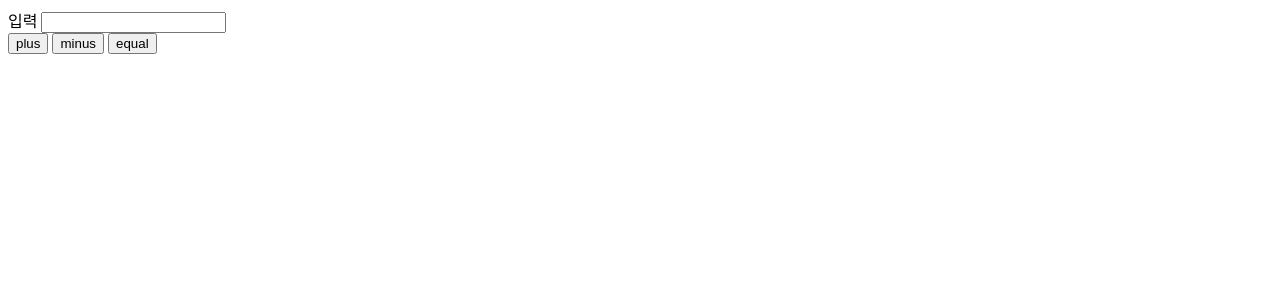
Repository: odreeblue/Study_ServletJSP
Page: jsp/workspace/JSPPrj/src/main/webapp/calc2.html
These files come from the project's save history. The page is drawn as it stood at one moment and after the next save; the edit follows.
The browser window is 1280 px wide. The pictures show the whole page.

Above is the page before, as saved 2023-02-05 15:38:47.

### jsp/workspace/JSPPrj/src/main/webapp/calc2.html
<!DOCTYPE html>
<html>
<head>
<meta charset="UTF-8">
<title>Insert title here</title>
</head>
<body>
	<div>
		<form action="calc2" method="post">
			<div>
				<label>입력</label>
				<input type="text" name="v">

			</div>
			<div>
				<input type="submit" name="operator" value="plus">
				<input type="submit" name="operator" value="minus">
				<input type="submit" name="operator" value="equal">
			</div>

		</form>
	</div>

</body>
</html>

After the next save:
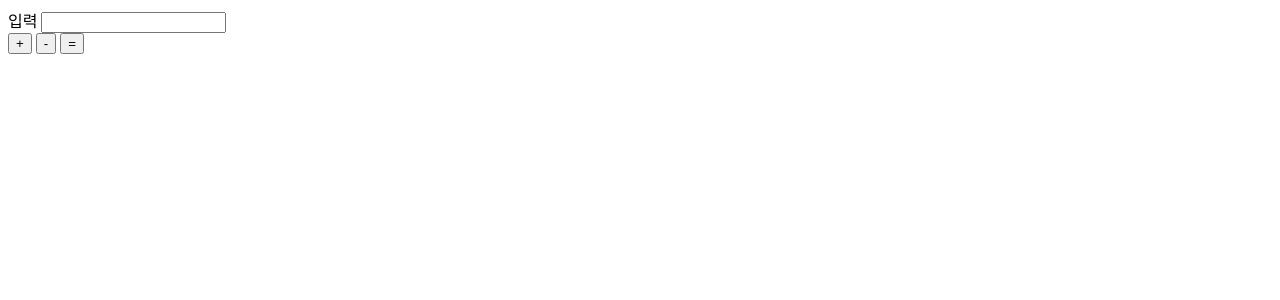
Saved 70 s later.
--- a/jsp/workspace/JSPPrj/src/main/webapp/calc2.html
+++ b/jsp/workspace/JSPPrj/src/main/webapp/calc2.html
@@ -13,9 +13,9 @@
 
 			</div>
 			<div>
-				<input type="submit" name="operator" value="plus">
-				<input type="submit" name="operator" value="minus">
-				<input type="submit" name="operator" value="equal">
+				<input type="submit" name="operator" value="+">
+				<input type="submit" name="operator" value="-">
+				<input type="submit" name="operator" value="=">
 			</div>
 
 		</form>
